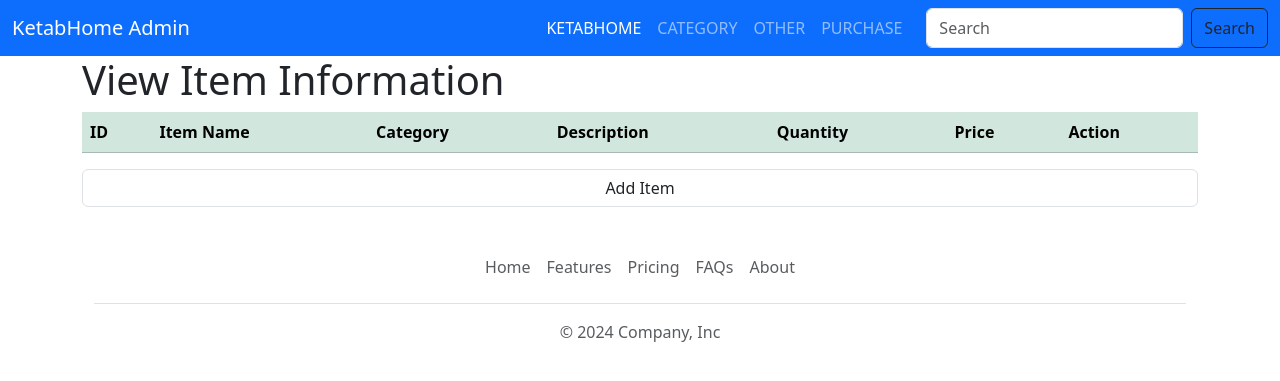
Repository: nyeinsu4520/coursera-test
Page: http://localhost/view_items
An editor plug-in stored every save of this project. The page is shown before and after the next save, followed by the edit.
The browser window is 1280 px wide. The pictures show the whole page.
Some web fonts or font styles are not loaded; a fallback is used. The page is this project's Thymeleaf template; nobody is signed in. The template is opened directly, without the code that normally fills it, so the values that code supplies are empty.

Above is the page before, as saved 2024-05-30 17:07:41.

After the next save:
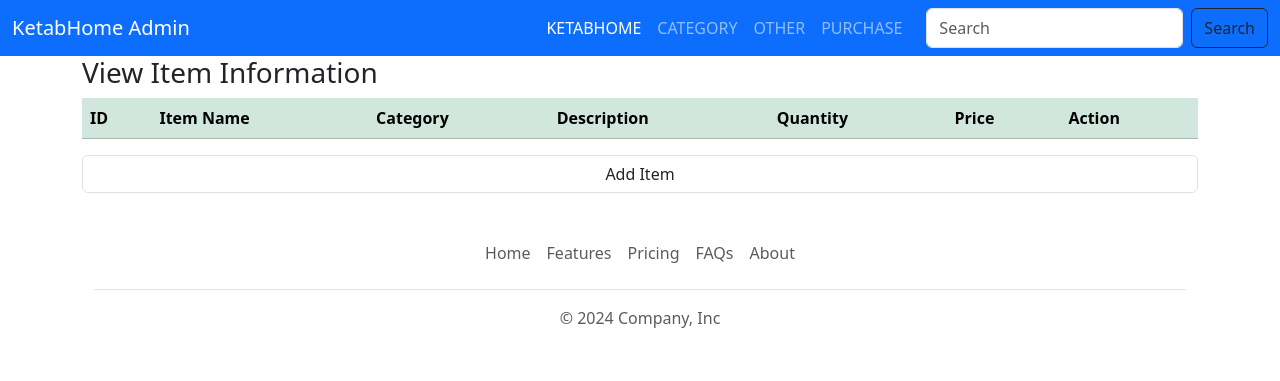
Saved 34 s later.
--- a/KetabHome/src/main/resources/templates/view_items.html
+++ b/KetabHome/src/main/resources/templates/view_items.html
@@ -13,7 +13,7 @@
 <div th:replace="fragment/header"></div>
 
 <div class="container">
-<h1 >View Item Information</h1>
+<h3 >View Item Information</h3>
 	<table class="table table-hover table-success">
 	<tr>
 		<th>ID</th>
